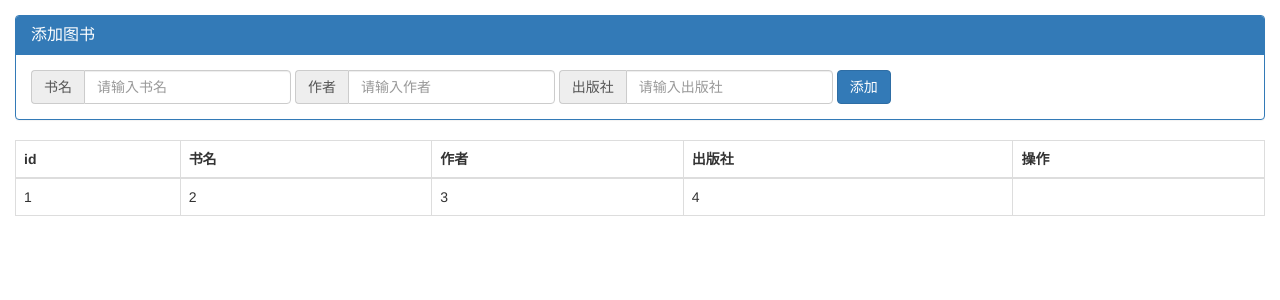
Repository: Bluesouls/eliauk.github.io
Page: Ajax学习笔记/day01/code/图书管理.html
An editor plug-in stored every save of this project. The page is shown before and after the next save, followed by the edit.
The browser window is 1280 px wide. The pictures show the whole page.

Above is the page before, as saved 2022-04-24 17:19:07.
Console error (its wording comes from the project's code and is left out).

After the next save:
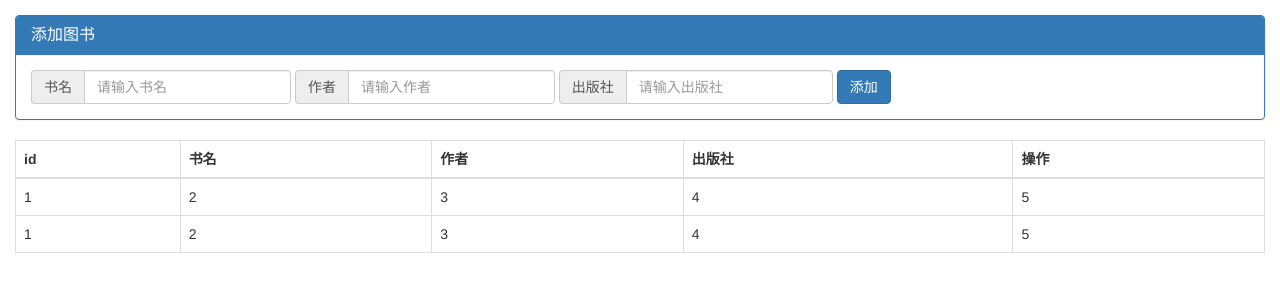
Saved 26 s later.
--- a/Ajax学习笔记/day01/code/图书管理.html
+++ b/Ajax学习笔记/day01/code/图书管理.html
@@ -53,6 +53,14 @@
         <td>2</td>
         <td>3</td>
         <td>4</td>
+        <td>5</td>
+      </tr>
+      <tr>
+        <td>1</td>
+        <td>2</td>
+        <td>3</td>
+        <td>4</td>
+        <td>5</td>
       </tr>
     </tbody>
   </table>
